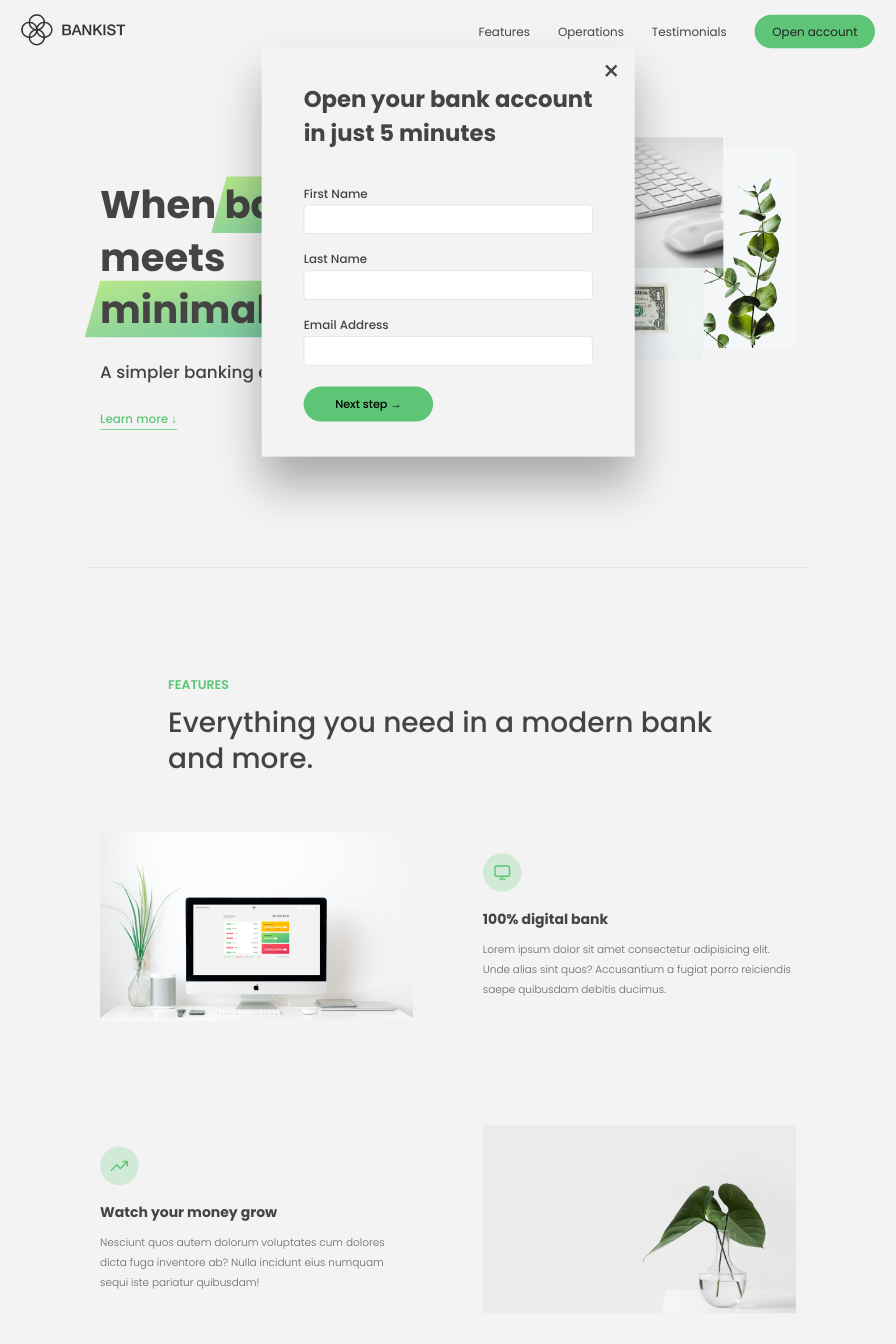
Repository: nptg3105/Bankist
Page: index.html
The author's editor kept a copy of each file at every save. The page is drawn from the files as they stood at one save, then again after the next save.
The browser window is 1280 px wide. The pictures show the part of the page from y = 0 to 1920 px (the page is 5256 px tall), at 70% of full size.
Some web libraries are served in a nearby version.

Above is the page before, as saved 2022-06-03 15:02:00.

### index.html
<!DOCTYPE html>
<html lang="en">
  <head>
    <meta charset="UTF-8" />
    <meta name="viewport" content="width=device-width, initial-scale=1.0" />
    <meta http-equiv="X-UA-Compatible" content="ie=edge" />
    <link rel="shortcut icon" type="image/png" href="images/icon.png" />

    <link
      href="https://fonts.googleapis.com/css?family=Poppins:300,400,500,600&display=swap"
      rel="stylesheet"
    />
    <link
      rel="stylesheet"
      href="https://cdnjs.cloudflare.com/ajax/libs/font-awesome/6.1.1/css/all.min.css"
      integrity="sha512-KfkfwYDsLkIlwQp6LFnl8zNdLGxu9YAA1QvwINks4PhcElQSvqcyVLLD9aMhXd13uQjoXtEKNosOWaZqXgel0g=="
      crossorigin="anonymous"
      referrerpolicy="no-referrer"
    />
    <link rel="stylesheet" href="dist/index.css" />
    <title>Bankist | When Banking meets Minimalist</title>
  </head>
  <body>
    <nav class="nav container-fluid">
      <a href="#header"
        ><img
          src="images/logo.png"
          alt="Bankist logo"
          class="nav__logo"
          id="logo"
      /></a>
      <ul class="nav__links">
        <li class="nav__item">
          <a class="nav__link" href="#section--1">Features</a>
        </li>
        <li class="nav__item">
          <a class="nav__link" href="#section--2">Operations</a>
        </li>
        <li class="nav__item">
          <a class="nav__link" href="#section--3">Testimonials</a>
        </li>
        <li class="nav__item">
          <a class="nav__link nav__link--btn btn--show-modal" href="#"
            >Open account</a
          >
        </li>
      </ul>

      <div class="nav__button">
        <div class="nav__hamburger">
          <span></span>
        </div>
      </div>
    </nav>
    <ul class="nav-mobile">
      <div class="nav-mobile__links">
        <li class="nav-mobile__link"><a href="#section--1">Features</a></li>
        <li class="nav-mobile__link"><a href="#section--2">Operations</a></li>
        <li class="nav-mobile__link"><a href="#section--3">Testimonials</a></li>
        <li class="nav-mobile__link">
          <a class="nav__link--btn btn--show-modal" href="#">Open account</a>
        </li>
      </div>
    </ul>
    <header id="header" class="header container">
      <div class="header__title">
        <h1>
          When
          <!-- Green highlight effect -->
          <span class="highlight">banking</span>
          meets<br />
          <span class="highlight">minimalist</span>
        </h1>
        <h4>A simpler banking experience for a simpler life.</h4>
        <button class="btn--text btn--scroll-to">Learn more &DownArrow;</button>
        <img
          src="images/hero.png"
          class="header__img"
          alt="Minimalist bank items"
        />
      </div>
    </header>

    <section class="section container" id="section--1">
      <div class="section__title">
        <h2 class="section__description">Features</h2>
        <h3 class="section__header">
          Everything you need in a modern bank and more.
        </h3>
      </div>

      <div class="features">
        <div class="features__item">
          <img
            src="images/digital-lazy.jpg"
            data-src="images/digital.jpg"
            alt="Computer"
            class="features__img lazy-img"
          />
          <div class="features__feature">
            <div class="features__icon">
              <svg>
                <use xlink:href="images/icons.svg#icon-monitor"></use>
              </svg>
            </div>
            <h5 class="features__header">100% digital bank</h5>
            <p>
              Lorem ipsum dolor sit amet consectetur adipisicing elit. Unde
              alias sint quos? Accusantium a fugiat porro reiciendis saepe
              quibusdam debitis ducimus.
            </p>
          </div>
        </div>

        <div class="features__item features__item--reverse">
          <img
            src="images/grow-lazy.jpg"
            data-src="images/grow.jpg"
            alt="Plant"
            class="features__img lazy-img"
          />
          <div class="features__feature">
            <div class="features__icon">
              <svg>
                <use xlink:href="images/icons.svg#icon-trending-up"></use>
              </svg>
            </div>
            <h5 class="features__header">Watch your money grow</h5>
            <p>
              Nesciunt quos autem dolorum voluptates cum dolores dicta fuga
              inventore ab? Nulla incidunt eius numquam sequi iste pariatur
              quibusdam!
            </p>
          </div>
        </div>

        <div class="features__item">
          <img
            src="images/card-lazy.jpg"
            data-src="images/card.jpg"
            alt="Credit card"
            class="features__img lazy-img"
          />
          <div class="features__feature">
            <div class="features__icon">
              <svg>
                <use xlink:href="images/icons.svg#icon-credit-card"></use>
              </svg>
            </div>
            <h5 class="features__header">Free debit card included</h5>
            <p>
              Quasi, fugit in cumque cupiditate reprehenderit debitis animi enim
              eveniet consequatur odit quam quos possimus assumenda dicta fuga
              inventore ab.
            </p>
          </div>
        </div>
      </div>
    </section>

    <section class="section container" id="section--2">
      <div class="section__title">
        <h2 class="section__description">Operations</h2>
        <h3 class="section__header">
          Everything as simple as possible, but no simpler.
        </h3>
      </div>

      <div class="operations">
        <div class="operations__tab-container">
          <button
            class="btn operations__tab operations__tab--1 operations__tab--active"
            data-tab="1"
          >
            <span>01</span>Instant Transfers
          </button>
          <button class="btn operations__tab operations__tab--2" data-tab="2">
            <span>02</span>Instant Loans
          </button>
          <button class="btn operations__tab operations__tab--3" data-tab="3">
            <span>03</span>Instant Closing
          </button>
        </div>
        <div
          class="operations__content operations__content--1 operations__content--active"
        >
          <div class="operations__icon operations__icon--1">
            <svg>
              <use xlink:href="images/icons.svg#icon-upload"></use>
            </svg>
          </div>
          <h5 class="operations__header">
            Tranfser money to anyone, instantly! No fees, no BS.
          </h5>
          <p>
            Lorem ipsum dolor sit amet, consectetur adipisicing elit, sed do
            eiusmod tempor incididunt ut labore et dolore magna aliqua. Ut enim
            ad minim veniam, quis nostrud exercitation ullamco laboris nisi ut
            aliquip ex ea commodo consequat.
          </p>
        </div>

        <div class="operations__content operations__content--2">
          <div class="operations__icon operations__icon--2">
            <svg>
              <use xlink:href="images/icons.svg#icon-home"></use>
            </svg>
          </div>
          <h5 class="operations__header">
            Buy a home or make your dreams come true, with instant loans.
          </h5>
          <p>
            Duis aute irure dolor in reprehenderit in voluptate velit esse
            cillum dolore eu fugiat nulla pariatur. Excepteur sint occaecat
            cupidatat non proident, sunt in culpa qui officia deserunt mollit
            anim id est laborum.
          </p>
        </div>
        <div class="operations__content operations__content--3">
          <div class="operations__icon operations__icon--3">
            <svg>
              <use xlink:href="images/icons.svg#icon-user-x"></use>
            </svg>
          </div>
          <h5 class="operations__header">
            No longer need your account? No problem! Close it instantly.
          </h5>
          <p>
            Excepteur sint occaecat cupidatat non proident, sunt in culpa qui
            officia deserunt mollit anim id est laborum. Ut enim ad minim
            veniam, quis nostrud exercitation ullamco laboris nisi ut aliquip ex
            ea commodo consequat.
          </p>
        </div>
      </div>
    </section>

    <section class="section container" id="section--3">
      <div class="section__title section__title--testimonials">
        <h2 class="section__description">Not sure yet?</h2>
        <h3 class="section__header">
          Millions of Bankists are already making their lifes simpler.
        </h3>
      </div>

      <div class="slider">
        <div class="slide slide--1">
          <div class="testimonial">
            <h5 class="testimonial__header">Best financial decision ever!</h5>
            <blockquote class="testimonial__text">
              Lorem ipsum dolor sit, amet consectetur adipisicing elit.
              Accusantium quas quisquam non? Quas voluptate nulla minima
              deleniti optio ullam nesciunt, numquam corporis et asperiores
              laboriosam sunt, praesentium suscipit blanditiis. Necessitatibus
              id alias reiciendis, perferendis facere pariatur dolore veniam
              autem esse non voluptatem saepe provident nihil molestiae.
            </blockquote>
            <address class="testimonial__author">
              <img src="images/user-1.jpg" alt="" class="testimonial__photo" />
              <h6 class="testimonial__name">Aarav Lynn</h6>
              <p class="testimonial__location">San Francisco, USA</p>
            </address>
          </div>
        </div>

        <div class="slide slide--2">
          <div class="testimonial">
            <h5 class="testimonial__header">
              The last step to becoming a complete minimalist
            </h5>
            <blockquote class="testimonial__text">
              Quisquam itaque deserunt ullam, quia ea repellendus provident,
              ducimus neque ipsam modi voluptatibus doloremque, corrupti
              laborum. Incidunt numquam perferendis veritatis neque repellendus.
              Lorem, ipsum dolor sit amet consectetur adipisicing elit. Illo
              deserunt exercitationem deleniti.
            </blockquote>
            <address class="testimonial__author">
              <img src="images/user-2.jpg" alt="" class="testimonial__photo" />
              <h6 class="testimonial__name">Miyah Miles</h6>
              <p class="testimonial__location">London, UK</p>
            </address>
          </div>
        </div>

        <div class="slide slide--3">
          <div class="testimonial">
            <h5 class="testimonial__header">
              Finally free from old-school banks
            </h5>
            <blockquote class="testimonial__text">
              Debitis, nihil sit minus suscipit magni aperiam vel tenetur
              incidunt commodi architecto numquam omnis nulla autem,
              necessitatibus blanditiis modi similique quidem. Odio aliquam
              culpa dicta beatae quod maiores ipsa minus consequatur error sunt,
              deleniti saepe aliquid quos inventore sequi. Necessitatibus id
              alias reiciendis, perferendis facere.
            </blockquote>
            <address class="testimonial__author">
              <img src="images/user-3.jpg" alt="" class="testimonial__photo" />
              <h6 class="testimonial__name">Francisco Gomes</h6>
              <p class="testimonial__location">Lisbon, Portugal</p>
            </address>
          </div>
        </div>

        <!-- <div class="slide"><img src="images/img-1.jpg" alt="Photo 1" /></div>
        <div class="slide"><img src="images/img-2.jpg" alt="Photo 2" /></div>
        <div class="slide"><img src="images/img-3.jpg" alt="Photo 3" /></div>
        <div class="slide"><img src="images/img-4.jpg" alt="Photo 4" /></div> -->
        <button class="slider__btn slider__btn--left">&larr;</button>
        <button class="slider__btn slider__btn--right">&rarr;</button>
        <div class="dots"></div>
      </div>
    </section>

    <section class="section section--sign-up">
      <div class="container">
        <div class="section__title">
          <h3 class="section__header">
            The best day to join Bankist was one year ago. The second best is
            today!
          </h3>
        </div>
        <button class="btn btn--show-modal">
          Open your free account today!
        </button>
      </div>
    </section>

    <footer class="footer">
      <div class="container">
        <ul class="footer__nav">
          <li class="footer__item">
            <a class="footer__link" href="#">About</a>
          </li>
          <li class="footer__item">
            <a class="footer__link" href="#">Pricing</a>
          </li>
          <li class="footer__item">
            <a class="footer__link" href="#">Terms of Use</a>
          </li>
          <li class="footer__item">
            <a class="footer__link" href="#">Privacy Policy</a>
          </li>
          <li class="footer__item">
            <a class="footer__link" href="#">Careers</a>
          </li>
          <li class="footer__item">
            <a class="footer__link" href="#">Blog</a>
          </li>
          <li class="footer__item">
            <a class="footer__link" href="#">Contact Us</a>
          </li>
        </ul>
        <img src="images/icon.png" alt="Logo" class="footer__logo" />
        <p class="footer__copyright">
          &copy; Copyright by
          <a
            class="footer__link twitter-link"
            target="_blank"
            href="https://twitter.com/jonasschmedtman"
            >Jonas Schmedtmann</a
          >. Use for learning or your portfolio. Don't use to teach. Don't claim
          as your own product.
        </p>
      </div>
    </footer>

    <div class="modal">
      <button class="btn--close-modal">&times;</button>
      <h2 class="modal__header">
        Open your bank account <br />
        in just <span class="highlight">5 minutes</span>
      </h2>
      <form class="modal__form">
        <div class="modal__control">
          <label for="first-name" class="modal__label">First Name</label>
          <input id="first-name" class="modal__input" type="text" />
          <small></small>
        </div>
        <div class="modal__control">
          <label for="last-name" class="modal__label">Last Name</label>
          <input id="last-name" class="modal__input" type="text" />
          <small></small>
        </div>
        <div class="modal__control">
          <label for="email" class="modal__label">Email Address</label>
          <input id="email" class="modal__input" type="email" />
          <small></small>
        </div>
        <button type="submit" class="btn">Next step &rarr;</button>
      </form>
    </div>
    <div class="overlay hidden"></div>

    <script src="./src/js/script.js"></script>
  </body>
</html>

Loaded but not shown: dist/index.css (library); src/js/script.js (374 lines, source omitted)

After the next save:
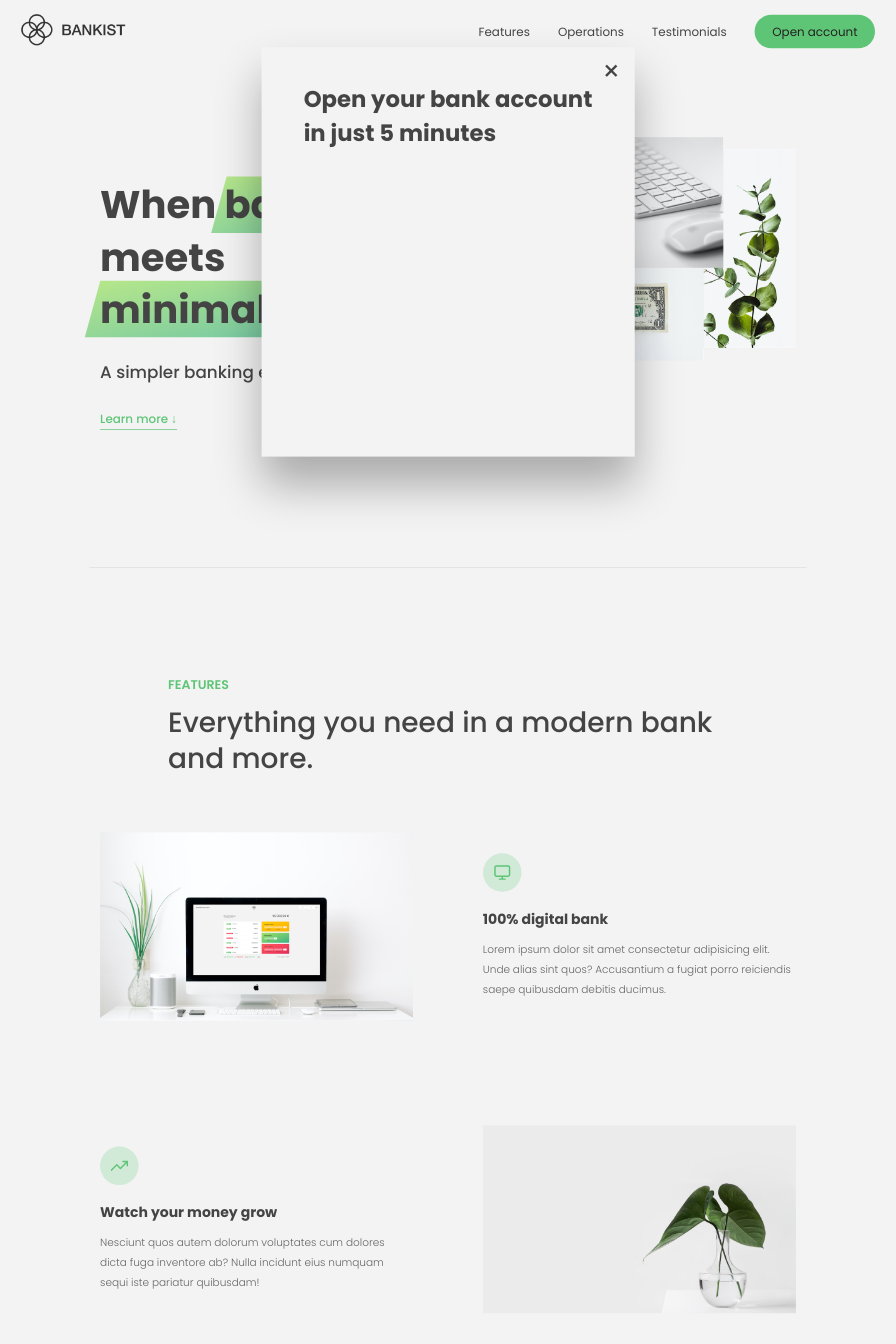
Saved 26 s later.
--- a/index.html
+++ b/index.html
@@ -373,7 +373,7 @@
         Open your bank account <br />
         in just <span class="highlight">5 minutes</span>
       </h2>
-      <form class="modal__form">
+      <form class="modal__form hidden">
         <div class="modal__control">
           <label for="first-name" class="modal__label">First Name</label>
           <input id="first-name" class="modal__input" type="text" />
